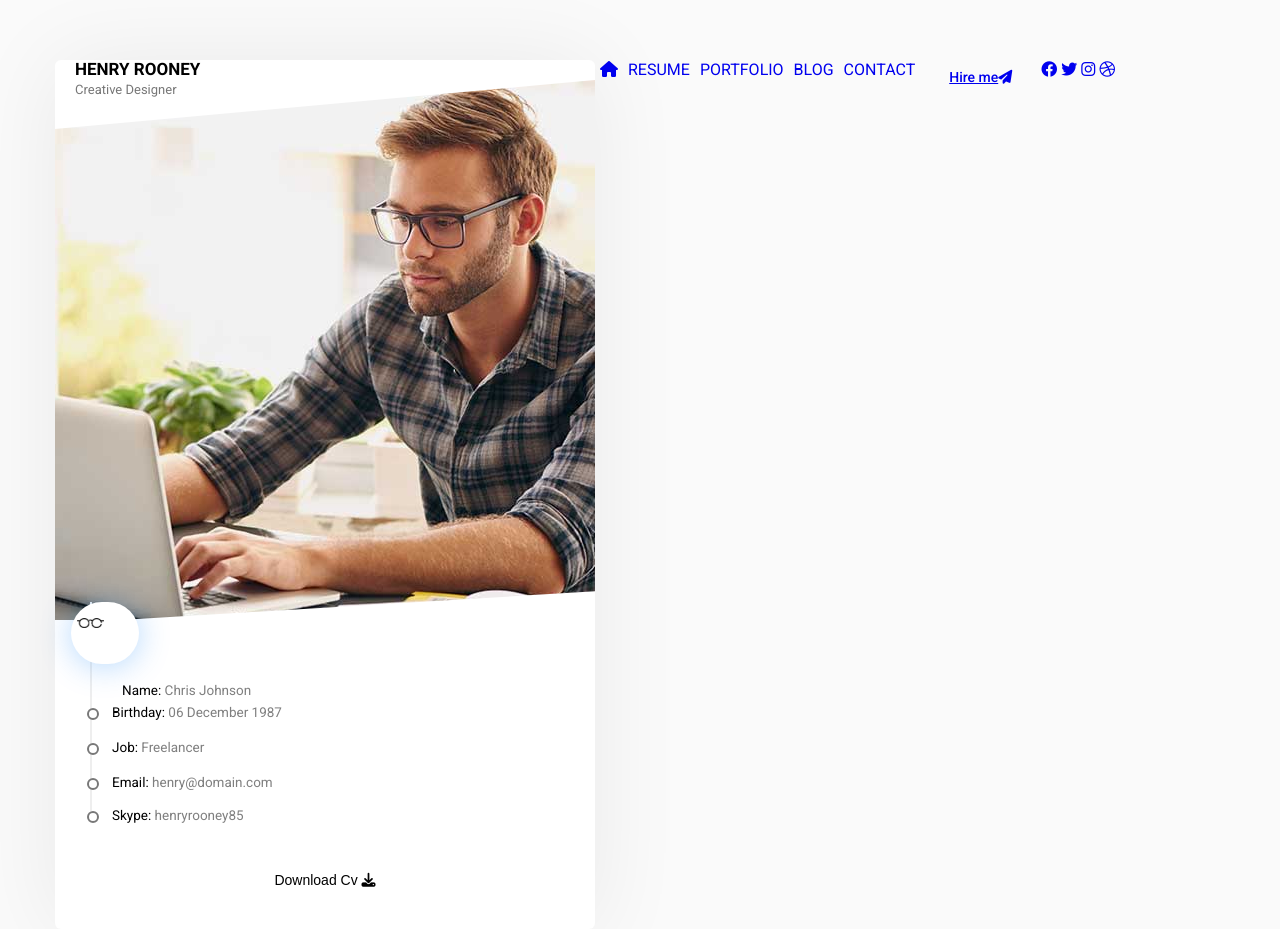
Repository: Lehuyhuynh/mat
Page: index.html
An editor plug-in stored every save of this project. The page is shown before and after a run of saves, followed by the edit.
The browser window is 1280 px wide. The pictures show the whole page.

Above is the page before, as saved 2023-04-12 14:10:29.

After the next 3 saves:
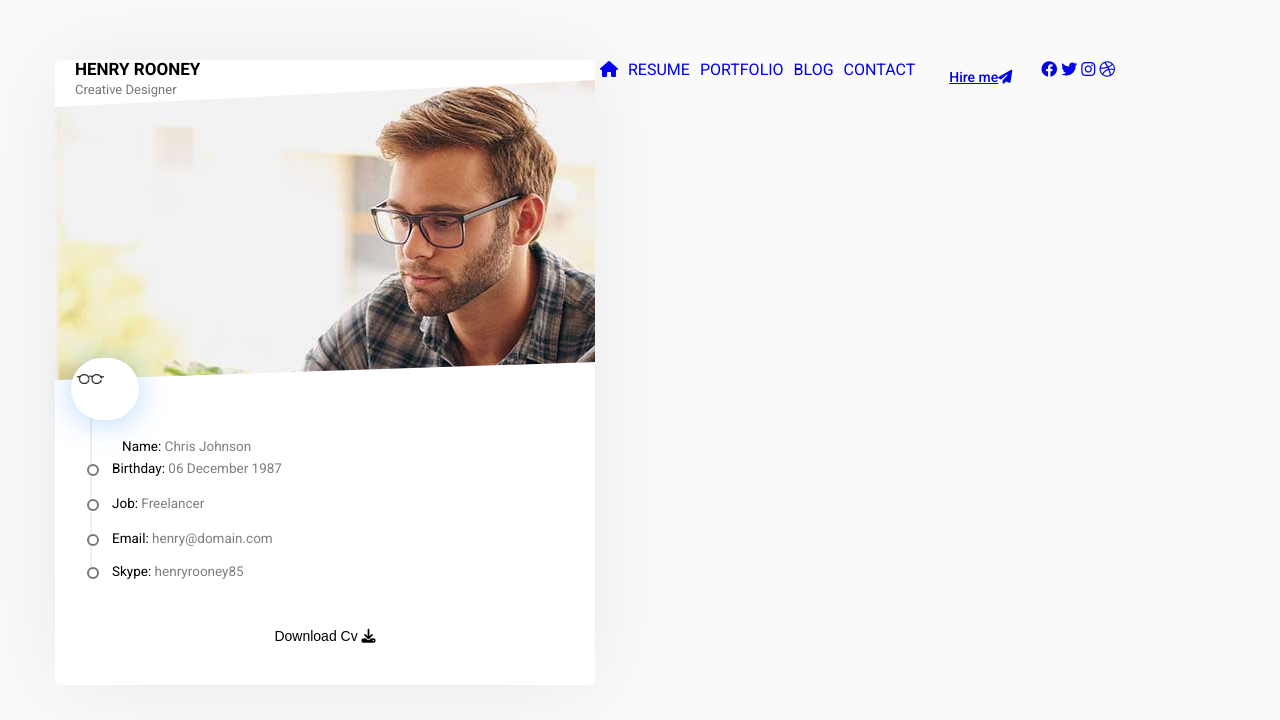
The 3 saves are shown as one change because they came seconds apart.
The last was saved 11 s later.
--- a/style.css
+++ b/style.css
@@ -84,7 +84,7 @@
                    margin-top: -18px;
                    -webkit-clip-path: polygon(0 9%, 100% 0, 100% 94%, 0% 100%);
                     clip-path: polygon(0 9%, 100% 0, 100% 94%, 0% 100%);
-                    height: 3đ0px;
+                    height: 300px;
 
 }
 .profile-img img{
